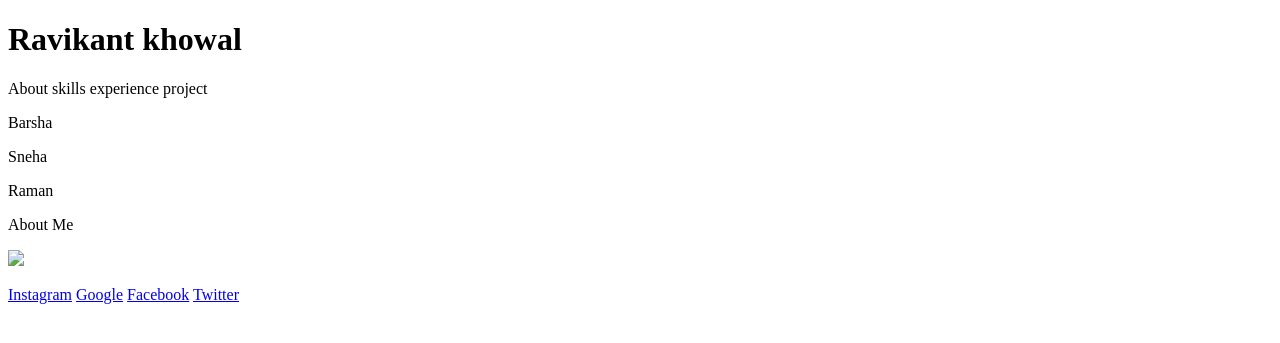
Repository: nir-github01/Html
Page: assign1.html
An editor plug-in stored every save of this project. The page is shown before and after the next save, followed by the edit.
The browser window is 1280 px wide. The pictures show the whole page.

Above is the page before, as saved 2022-09-19 19:46:24.

After the next save:
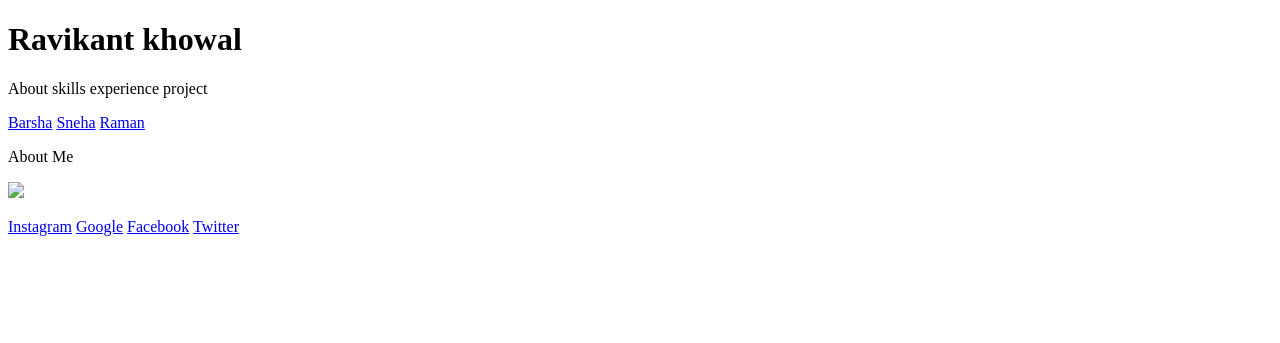
Saved 75 s later.
--- a/assign1.html
+++ b/assign1.html
@@ -16,9 +16,9 @@
     </head>
     <nav>
         <div class="nav">
-         <p>Barsha</p>
-         <p>Sneha</p>
-         <p>Raman</p>
+         <a href="#">Barsha</a>
+         <a href="#">Sneha</a>
+         <a href="#">Raman</a>
         </div>
         <div class="navhead">
             <p>About Me</p>
